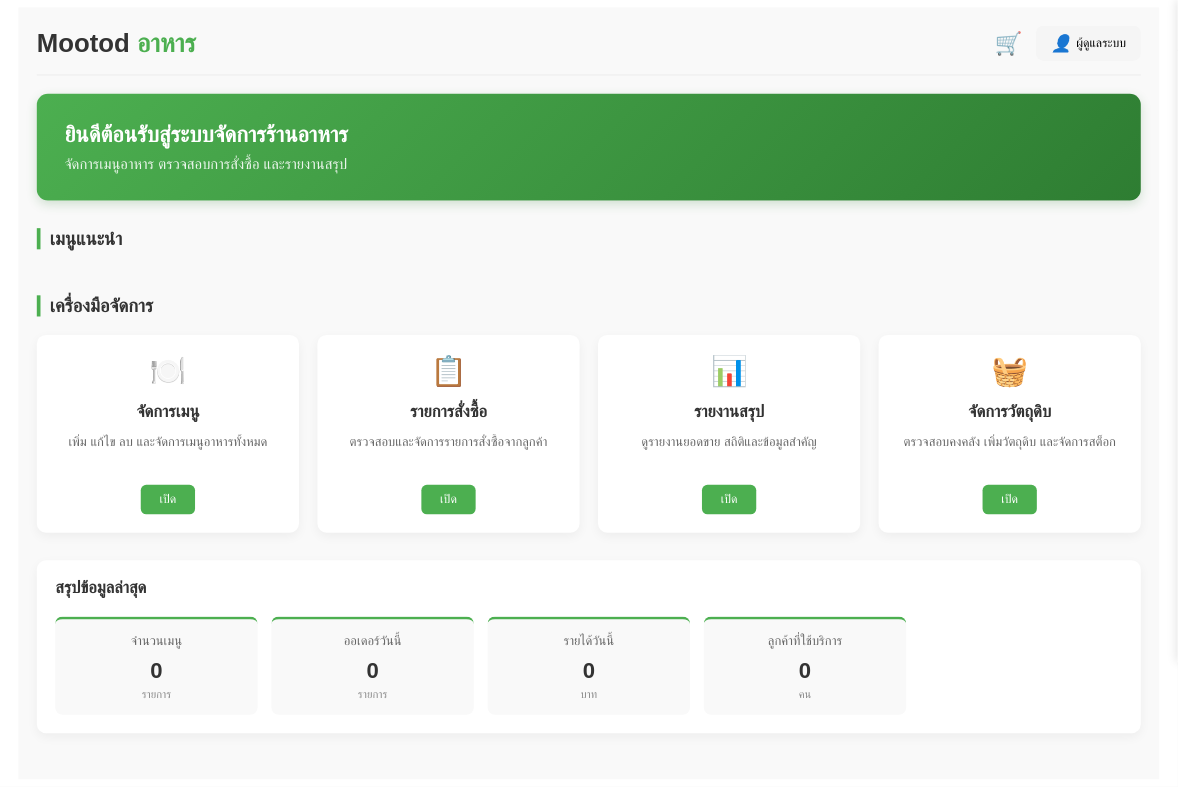
Repository: KwaunchaiJankaikot/mootod
Page: / (app in frontend/)
The author's editor kept a copy of each file at every save. The page is drawn from the files as they stood at one save, then again after a run of saves.
The browser window is 1280 px wide. The pictures show the whole page, at 92% of full size.
The page's requests for data from a server got no answer. The project was rebuilt for these pictures with package versions that can differ from the ones it lists, and the page was loaded fresh each time. No one was signed in, and anything a server would have sent is missing. Also part of the build but not shown: frontend/vue.config.js, frontend/src/components/CheckoutPage.vue, frontend/src/components/AddMenu.vue, frontend/src/components/MenuList.vue, frontend/src/components/EditMenu.vue, frontend/src/components/InventoryPage.vue.

Above is the page before, as saved 2025-04-23 00:55:22.

### frontend/public/index.html
<!DOCTYPE html>
<html lang="">
  <head>
    <meta charset="utf-8">
    <meta http-equiv="X-UA-Compatible" content="IE=edge">
    <meta name="viewport" content="width=device-width,initial-scale=1.0">
    <link rel="icon" href="<%= BASE_URL %>favicon.ico">
    <title><%= htmlWebpackPlugin.options.title %></title>
    <link href="https://fonts.googleapis.com/icon?family=Material+Icons" rel="stylesheet">
    <link rel="stylesheet" href="https://fonts.googleapis.com/css2?family=Material+Symbols+Outlined:opsz,wght,FILL,GRAD@24,400,0,0" />
  </head>
  <body>
    <noscript>
      <strong>We're sorry but <%= htmlWebpackPlugin.options.title %> doesn't work properly without JavaScript enabled. Please enable it to continue.</strong>
    </noscript>
    <div id="app"></div>
    <!-- built files will be auto injected -->
  </body>
</html>

### frontend/src/main.js
import { createApp } from 'vue';
import App from './App.vue';
import router from './router';

const app = createApp(App);
app.use(router);  // ติดตั้ง Vue Router
app.mount('#app');

### frontend/src/App.vue
<template>
  <div id="app">
    <router-view></router-view>
  </div>
</template>

<script>
export default {
  name: 'App',
};
</script>

### frontend/src/router/index.js
import { createRouter, createWebHistory } from 'vue-router';
import HomePage from '../components/HomePage.vue';
import AddMenu from '../components/AddMenu.vue';
import MenuList from '../components/MenuList.vue';
import EditMenu from '../components/EditMenu.vue';
import InventoryPage from '../components/InventoryPage.vue';

const routes = [
  {
    path: '/',
    name: 'Home',
    component: HomePage
  },
  {
    path: '/add-menu',
    name: 'Menu',
    component: AddMenu
  },
  {
    path: '/menu-list',
    name: 'MenuList',
    component: MenuList
  },
  {
    path: '/edit-menu/:id',
    name: 'edit-menu',
    component: EditMenu,
    props: true,
  },

  {
    path: '/inventorypage',
    name: 'inventorypage',
    component: InventoryPage,
  },
];

const router = createRouter({
  history: createWebHistory(process.env.BASE_URL),
  routes
});

export default router;

### frontend/src/components/HomePage.vue
<template>
  <div class="home-container">
    <header class="header">
      <div class="logo">
        <img src="@/assets/logo.png" alt="Mootod Logo" v-if="false" />
        <h1>Mootod <span>อาหาร</span></h1>
      </div>
      <div class="right-menu">
        <div class="cart-icon" @click="toggleCart">
          <span>🛒</span>
          <span class="cart-badge" v-if="cartItems.length > 0">{{
            cartItems.length
          }}</span>
        </div>
        <button class="user-btn">
          <i class="user-icon">👤</i>
          <span>ผู้ดูแลระบบ</span>
        </button>
      </div>
    </header>

    <!-- ตะกร้าสินค้า -->
    <CartSidebar
      :cartItems="cartItems"
      :isCartOpen="isCartOpen"
      @close-cart="toggleCart"
      @remove-item="removeFromCart"
      @increase-quantity="increaseQuantity"
      @decrease-quantity="decreaseQuantity"
      @go-to-checkout="goToCheckout"
    />

    <!-- หน้าชำระเงิน -->
    <CheckoutPage
      v-if="isCheckoutModalOpen"
      :cartItems="cartItems"
      @close-checkout="closeCheckoutModal"
      @payment-success="handlePaymentSuccess"
    />

    <div class="welcome-banner">
      <div class="banner-content">
        <h2>ยินดีต้อนรับสู่ระบบจัดการร้านอาหาร</h2>
        <p>จัดการเมนูอาหาร ตรวจสอบการสั่งซื้อ และรายงานสรุป</p>
      </div>
    </div>

    <!-- แสดงรายการเมนู -->
    <h3 class="section-title">เมนูแนะนำ</h3>
    <div class="menu-cards">
      <div v-for="menu in menus" :key="menu.id" class="menu-card">
        <div class="card-image-container">
          <img :src="menu.image_url" alt="เมนูอาหาร" class="card-image" />
        </div>
        <div class="card-content">
          <h3>{{ menu.name }}</h3>
          <p>{{ menu.description }}</p>
          <div class="card-footer">
            <span class="price">{{ menu.price }} บาท</span>
            <button class="card-btn" @click="addToCart(menu)">สั่งอาหาร</button>
          </div>
        </div>
      </div>
    </div>

    <!-- ส่วนอื่นๆ ของหน้าจัดการ -->
    <h3 class="section-title">เครื่องมือจัดการ</h3>
    <div class="admin-cards">

      <div class="card" @click="goTo('menu')">
        <div class="card-icon">🍽️</div>
        <h3>จัดการเมนู</h3>
        <p>เพิ่ม แก้ไข ลบ และจัดการเมนูอาหารทั้งหมด</p>
        <button class="card-btn">เปิด</button>
      </div>

      <!-- <div class="card" @click="goTo('add-menu')">
        <div class="card-icon">➕</div>
        <h3>เพิ่มเมนูใหม่</h3>
        <p>เพิ่มเมนูอาหารใหม่เข้าสู่ระบบพร้อมรูปภาพ</p>
        <button class="card-btn">เปิด</button>
      </div> -->

      <div class="card" @click="goTo('orders')">
        <div class="card-icon">📋</div>
        <h3>รายการสั่งซื้อ</h3>
        <p>ตรวจสอบและจัดการรายการสั่งซื้อจากลูกค้า</p>
        <button class="card-btn">เปิด</button>
      </div>

      <div class="card" @click="goTo('reports')">
        <div class="card-icon">📊</div>
        <h3>รายงานสรุป</h3>
        <p>ดูรายงานยอดขาย สถิติและข้อมูลสำคัญ</p>
        <button class="card-btn">เปิด</button>
      </div>

      <div class="card" @click="goTo('inventorypage')">
        <div class="card-icon">🧺</div>
        <h3>จัดการวัตถุดิบ</h3>
        <p>ตรวจสอบคงคลัง เพิ่มวัตถุดิบ และจัดการสต็อก</p>
        <button class="card-btn">เปิด</button>
      </div>
    </div>

    <div class="quick-stats">
      <h3>สรุปข้อมูลล่าสุด</h3>
      <div class="stats-grid">
        <div class="stat-card">
          <h4>จำนวนเมนู</h4>
          <div class="stat-value">{{ totalMenus || menus.length }}</div>
          <div class="stat-label">รายการ</div>
        </div>

        <div class="stat-card">
          <h4>ออเดอร์วันนี้</h4>
          <div class="stat-value">0</div>
          <div class="stat-label">รายการ</div>
        </div>

        <div class="stat-card">
          <h4>รายได้วันนี้</h4>
          <div class="stat-value">0</div>
          <div class="stat-label">บาท</div>
        </div>

        <div class="stat-card">
          <h4>ลูกค้าที่ใช้บริการ</h4>
          <div class="stat-value">0</div>
          <div class="stat-label">คน</div>
        </div>
      </div>
    </div>
  </div>
</template>

<script>
import axios from "axios";
import CartSidebar from "@/components/CartSidebar.vue";
import CheckoutPage from "@/components/CheckoutPage.vue";

export default {
  name: "HomePage",
  components: {
    CartSidebar,
    CheckoutPage
  },
  data() {
    return {
      menus: [],
      totalMenus: 0,
      cartItems: [],
      isCartOpen: false,
      isCheckoutModalOpen: false,
    };
  },
  mounted() {
    this.fetchMenus();
    // โหลดข้อมูลตะกร้าจาก localStorage (ถ้ามี)
    const savedCart = localStorage.getItem("cart");
    if (savedCart) {
      this.cartItems = JSON.parse(savedCart);
    }
  },
  methods: {
    goTo(route) {
      switch (route) {
        case "menu":
          this.$router.push("/menu-list");
          break;
        case "add-menu":
          this.$router.push("/add-menu");
          break;
        case "orders":
          this.$router.push("/orders");
          break;
        case "reports":
          this.$router.push("/reports");
          break;
         case "inventorypage":
          this.$router.push("/inventorypage");
          break;
        default:
          this.$router.push("/");
      }
    },
    fetchMenus() {
      axios
        .get("http://localhost:5000/menus") // เปลี่ยนเป็น URL ของ API ที่คุณใช้
        .then((response) => {
          this.menus = response.data; // บันทึกข้อมูลเมนูใน state
          this.totalMenus = this.menus.length;
        })
        .catch((error) => {
          console.error("เกิดข้อผิดพลาดในการดึงข้อมูลเมนู:", error);
          this.totalMenus = this.menus.length;
        });
    },
    // ฟังก์ชันเกี่ยวกับตะกร้าสินค้า
    addToCart(menu) {
      // ตรวจสอบว่ามีรายการนี้ในตะกร้าหรือไม่
      const existingItem = this.cartItems.find((item) => item.id === menu.id);

      if (existingItem) {
        // ถ้ามีอยู่แล้ว เพิ่มจำนวน
        existingItem.quantity += 1;
      } else {
        // ถ้ายังไม่มี เพิ่มรายการใหม่พร้อมจำนวน = 1
        this.cartItems.push({
          ...menu,
          quantity: 1,
        });
      }

      // บันทึกลง localStorage
      this.saveCart();

      // เปิดตะกร้าสินค้า
      this.isCartOpen = true;
    },
    toggleCart() {
      this.isCartOpen = !this.isCartOpen;
    },
    removeFromCart(index) {
      this.cartItems.splice(index, 1);
      this.saveCart();
    },
    increaseQuantity(index) {
      this.cartItems[index].quantity += 1;
      this.saveCart();
    },
    decreaseQuantity(index) {
      if (this.cartItems[index].quantity > 1) {
        this.cartItems[index].quantity -= 1;
      } else {
        // ถ้าเหลือแค่ 1 ชิ้น แล้วกดลด ให้ลบรายการออกจากตะกร้า
        this.removeFromCart(index);
      }
      this.saveCart();
    },
    saveCart() {
      localStorage.setItem("cart", JSON.stringify(this.cartItems));
    },
    // ฟังก์ชันเกี่ยวกับการชำระเงิน
    goToCheckout() {
      this.isCheckoutModalOpen = true;
      this.isCartOpen = false; // ปิดตะกร้าเมื่อไปที่หน้าชำระเงิน
    },
    closeCheckoutModal() {
      this.isCheckoutModalOpen = false;
    },
    handlePaymentSuccess() {
      // ล้างตะกร้า
      this.cartItems = [];
      this.saveCart();
      // ปิดหน้าชำระเงิน (จะถูกจัดการโดย CheckoutPage component แล้ว)
    },
  },
};
</script>

<style scoped>
.home-container {
  max-width: 1200px;
  margin: 0 auto;
  padding: 20px;
  font-family: "Prompt", "Kanit", sans-serif;
  background-color: #f9f9f9;
  position: relative;
}

/* Header */
.header {
  display: flex;
  justify-content: space-between;
  align-items: center;
  margin-bottom: 20px;
  padding-bottom: 15px;
  border-bottom: 1px solid #eaeaea;
}

.logo {
  display: flex;
  align-items: center;
}

.logo h1 {
  font-size: 28px;
  font-weight: 700;
  color: #333;
  margin: 0;
}

.logo span {
  color: #4caf50;
}

.logo img {
  height: 40px;
  margin-right: 10px;
}

.right-menu {
  display: flex;
  align-items: center;
  gap: 15px;
}

.cart-icon {
  position: relative;
  cursor: pointer;
  font-size: 24px;
}

.cart-badge {
  position: absolute;
  top: -8px;
  right: -8px;
  background-color: #f44336;
  color: white;
  border-radius: 50%;
  width: 18px;
  height: 18px;
  font-size: 12px;
  display: flex;
  align-items: center;
  justify-content: center;
}

.user-btn {
  display: flex;
  align-items: center;
  background: #f5f5f5;
  border: none;
  border-radius: 8px;
  padding: 8px 16px;
  cursor: pointer;
  transition: background-color 0.2s;
}

.user-btn:hover {
  background: #eaeaea;
}

.user-icon {
  margin-right: 5px;
  font-size: 18px;
}

/* Welcome Banner */
.welcome-banner {
  background: linear-gradient(135deg, #4caf50 0%, #2e7d32 100%);
  border-radius: 12px;
  padding: 30px;
  margin-bottom: 30px;
  color: white;
  box-shadow: 0 4px 12px rgba(46, 125, 50, 0.2);
}

.banner-content h2 {
  font-size: 24px;
  margin: 0 0 10px 0;
  font-weight: 600;
}

.banner-content p {
  font-size: 16px;
  margin: 0;
  opacity: 0.9;
}

/* Section Titles */
.section-title {
  font-size: 20px;
  font-weight: 600;
  color: #333;
  margin-top: 30px;
  margin-bottom: 20px;
  border-left: 4px solid #4caf50;
  padding-left: 10px;
}

/* Menu Cards - แสดงเมนูอาหาร */
.menu-cards {
  display: grid;
  grid-template-columns: repeat(auto-fill, minmax(280px, 1fr));
  gap: 20px;
  margin-bottom: 30px;
}

.menu-card {
  background: white;
  border-radius: 10px;
  overflow: hidden;
  box-shadow: 0 4px 12px rgba(0, 0, 0, 0.05);
  transition: transform 0.3s ease, box-shadow 0.3s ease;
  cursor: pointer;
}

.menu-card:hover {
  transform: translateY(-5px);
  box-shadow: 0 8px 20px rgba(0, 0, 0, 0.1);
}

.card-image-container {
  width: 100%;
  height: 180px;
  overflow: hidden;
}

.card-image {
  width: 100%;
  height: 100%;
  object-fit: cover;
  transition: transform 0.3s ease;
}

.menu-card:hover .card-image {
  transform: scale(1.05);
}

.card-content {
  padding: 15px;
}

.card-content h3 {
  font-size: 18px;
  margin: 0 0 8px 0;
  color: #333;
}

.card-content p {
  font-size: 14px;
  color: #666;
  margin: 0 0 15px 0;
  height: 40px;
  overflow: hidden;
  display: -webkit-box;
  -webkit-line-clamp: 2;
  -webkit-box-orient: vertical;
}

.card-footer {
  display: flex;
  justify-content: space-between;
  align-items: center;
}

.price {
  font-weight: 600;
  color: #4caf50;
}

/* Admin Cards - การ์ดจัดการระบบ */
.admin-cards {
  display: grid;
  grid-template-columns: repeat(auto-fill, minmax(250px, 1fr));
  gap: 20px;
  margin-bottom: 30px;
}

.card {
  background: white;
  border-radius: 10px;
  padding: 20px;
  box-shadow: 0 4px 12px rgba(0, 0, 0, 0.05);
  text-align: center;
  transition: transform 0.3s ease, box-shadow 0.3s ease;
  cursor: pointer;
}

.card:hover {
  transform: translateY(-5px);
  box-shadow: 0 8px 20px rgba(0, 0, 0, 0.1);
}

.card-icon {
  font-size: 32px;
  margin-bottom: 15px;
}

.card h3 {
  font-size: 18px;
  margin: 0 0 10px 0;
  color: #333;
}

.card p {
  color: #666;
  font-size: 14px;
  margin-bottom: 15px;
  height: 40px;
  overflow: hidden;
  display: -webkit-box;
  -webkit-line-clamp: 2;
  -webkit-box-orient: vertical;
}

.card-btn {
  background-color: #4caf50;
  color: white;
  border: none;
  padding: 8px 20px;
  border-radius: 6px;
  cursor: pointer;
  font-weight: 500;
  transition: background-color 0.2s;
}

.card-btn:hover {
  background-color: #45a049;
}

/* Quick Stats */
.quick-stats {
  background: white;
  border-radius: 10px;
  padding: 20px;
  box-shadow: 0 4px 12px rgba(0, 0, 0, 0.05);
  margin-bottom: 30px;
}

.quick-stats h3 {
  margin-top: 0;
  margin-bottom: 20px;
  color: #333;
  font-size: 18px;
  font-weight: 600;
}

.stats-grid {
  display: grid;
  grid-template-columns: repeat(auto-fill, minmax(200px, 1fr));
  gap: 15px;
}

.stat-card {
  background: #f9f9f9;
  padding: 15px;
  border-radius: 8px;
  text-align: center;
  border-top: 3px solid #4caf50;
}

.stat-card h4 {
  font-size: 14px;
  font-weight: 500;
  color: #666;
  margin: 0 0 10px 0;
}

.stat-value {
  font-size: 24px;
  font-weight: 600;
  color: #333;
  margin-bottom: 5px;
}

.stat-label {
  font-size: 12px;
  color: #888;
}

/* Responsive */
@media (max-width: 768px) {
  .menu-cards,
  .admin-cards {
    grid-template-columns: repeat(auto-fill, minmax(220px, 1fr));
  }

  .welcome-banner {
    padding: 25px;
  }

  .banner-content h2 {
    font-size: 22px;
  }
}

@media (max-width: 480px) {
  .home-container {
    padding: 15px;
  }

  .header {
    flex-direction: column;
    align-items: flex-start;
  }

  .right-menu {
    margin-top: 15px;
    width: 100%;
    justify-content: space-between;
  }

  .menu-cards,
  .admin-cards {
    grid-template-columns: 1fr;
  }

  .welcome-banner {
    padding: 20px;
  }

  .stats-grid {
    grid-template-columns: 1fr 1fr;
  }

  .card-image-container {
    height: 160px;
  }
}
</style>

### frontend/src/components/CartSidebar.vue
<template>
  <div class="cart-sidebar" :class="{ 'cart-active': isCartOpen }">
    <div class="cart-header">
      <h3>ตะกร้าสินค้า</h3>
      <button class="close-btn" @click="closeCart">✕</button>
    </div>

    <div v-if="cartItems.length === 0" class="empty-cart">
      <span>🛒</span>
      <p>ไม่มีรายการในตะกร้า</p>
    </div>

    <div v-else class="cart-items">
      <div v-for="(item, index) in cartItems" :key="index" class="cart-item">
        <div class="cart-item-img">
          <img :src="item.image_url" alt="เมนูอาหาร" />
        </div>
        <div class="cart-item-info">
          <h4>{{ item.name }}</h4>
          <div class="item-price">{{ item.price }} บาท</div>
        </div>
        <div class="cart-item-actions">
          <button class="qty-btn" @click="decreaseQuantity(index)">-</button>
          <span class="item-qty">{{ item.quantity }}</span>
          <button class="qty-btn" @click="increaseQuantity(index)">+</button>
          <button class="remove-btn" @click="removeFromCart(index)">
            ลบ
          </button>
        </div>
      </div>
    </div>

    <div class="cart-summary" v-if="cartItems.length > 0">
      <div class="summary-row">
        <span>ยอดรวม:</span>
        <span class="summary-price">{{ calculateTotal() }} บาท</span>
      </div>
      <button class="checkout-btn" @click="goToCheckout">ไปชำระเงิน</button>
    </div>
  </div>
</template>

<script>
export default {
  name: "CartSidebar",
  props: {
    cartItems: {
      type: Array,
      required: true
    },
    isCartOpen: {
      type: Boolean,
      default: false
    }
  },
  methods: {
    closeCart() {
      this.$emit('close-cart');
    },
    removeFromCart(index) {
      this.$emit('remove-item', index);
    },
    increaseQuantity(index) {
      this.$emit('increase-quantity', index);
    },
    decreaseQuantity(index) {
      this.$emit('decrease-quantity', index);
    },
    calculateTotal() {
      return this.cartItems.reduce((total, item) => {
        return total + (item.price * item.quantity);
      }, 0);
    },
    goToCheckout() {
      this.$emit('go-to-checkout');
    }
  }
};
</script>

<style scoped>
/* Cart Sidebar */
.cart-sidebar {
  position: fixed;
  top: 0;
  right: -350px;
  width: 350px;
  height: 100vh;
  background-color: white;
  box-shadow: -2px 0 10px rgba(0, 0, 0, 0.1);
  z-index: 1000;
  transition: right 0.3s ease;
  display: flex;
  flex-direction: column;
}

.cart-active {
  right: 0;
}

.cart-header {
  display: flex;
  justify-content: space-between;
  align-items: center;
  padding: 15px 20px;
  border-bottom: 1px solid #eaeaea;
}

.cart-header h3 {
  margin: 0;
  font-size: 18px;
}

.close-btn {
  background: none;
  border: none;
  font-size: 18px;
  cursor: pointer;
  color: #777;
}

.empty-cart {
  display: flex;
  flex-direction: column;
  align-items: center;
  justify-content: center;
  padding: 50px 20px;
  color: #777;
}

.empty-cart span {
  font-size: 48px;
  margin-bottom: 15px;
  opacity: 0.5;
}

.cart-items {
  flex: 1;
  overflow-y: auto;
  padding: 15px;
}

.cart-item {
  display: flex;
  padding: 10px 0;
  border-bottom: 1px solid #eaeaea;
  margin-bottom: 10px;
}

.cart-item-img {
  width: 60px;
  height: 60px;
  overflow: hidden;
  border-radius: 6px;
  margin-right: 10px;
}

.cart-item-img img {
  width: 100%;
  height: 100%;
  object-fit: cover;
}

.cart-item-info {
  flex: 1;
}

.cart-item-info h4 {
  margin: 0 0 5px 0;
  font-size: 16px;
}

.item-price {
  color: #4caf50;
  font-weight: 500;
}

.cart-item-actions {
  display: flex;
  align-items: center;
  gap: 5px;
}

.qty-btn {
  width: 24px;
  height: 24px;
  border: 1px solid #ddd;
  background: white;
  border-radius: 4px;
  display: flex;
  align-items: center;
  justify-content: center;
  cursor: pointer;
}

.item-qty {
  width: 20px;
  text-align: center;
}

.remove-btn {
  background: #f44336;
  color: white;
  border: none;
  border-radius: 4px;
  padding: 3px 8px;
  font-size: 12px;
  cursor: pointer;
  margin-left: 5px;
}

.cart-summary {
  padding: 15px;
  border-top: 1px solid #eaeaea;
  background-color: #f9f9f9;
}

.summary-row {
  display: flex;
  justify-content: space-between;
  margin-bottom: 15px;
  font-weight: 500;
}

.summary-price {
  color: #4caf50;
  font-size: 18px;
  font-weight: 600;
}

.checkout-btn {
  width: 100%;
  padding: 12px;
  background-color: #4caf50;
  color: white;
  border: none;
  border-radius: 6px;
  font-weight: 500;
  cursor: pointer;
  transition: background-color 0.2s;
}

.checkout-btn:hover {
  background-color: #45a049;
}

@media (max-width: 768px) {
  .cart-sidebar {
    width: 300px;
  }
}

@media (max-width: 480px) {
  .cart-sidebar {
    width: 85%;
  }
}
</style>

After the next 4 saves:
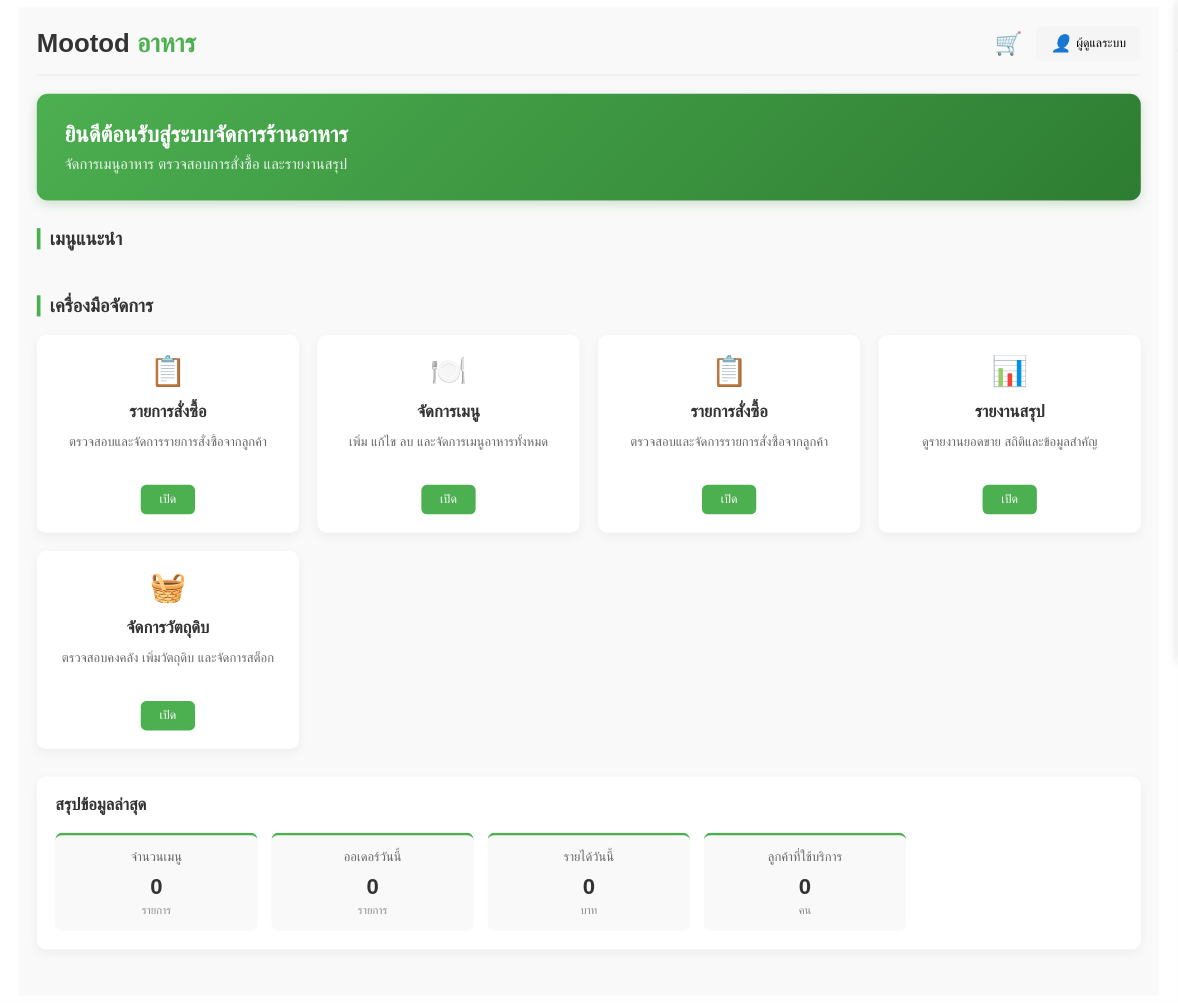
The 4 saves are shown as one change because they came seconds apart.
The last was saved 68 s later.
--- a/frontend/src/components/HomePage.vue
+++ b/frontend/src/components/HomePage.vue
@@ -67,6 +67,13 @@
     <h3 class="section-title">เครื่องมือจัดการ</h3>
     <div class="admin-cards">
 
+      <div class="card" @click="goTo('orders')">
+        <div class="card-icon">📋</div>
+        <h3>รายการสั่งซื้อ</h3>
+        <p>ตรวจสอบและจัดการรายการสั่งซื้อจากลูกค้า</p>
+        <button class="card-btn">เปิด</button>
+      </div>
+
       <div class="card" @click="goTo('menu')">
         <div class="card-icon">🍽️</div>
         <h3>จัดการเมนู</h3>
@@ -143,7 +150,7 @@ export default {
   name: "HomePage",
   components: {
     CartSidebar,
-    CheckoutPage
+    CheckoutPage,
   },
   data() {
     return {
@@ -177,7 +184,7 @@ export default {
         case "reports":
           this.$router.push("/reports");
           break;
-         case "inventorypage":
+        case "inventorypage":
           this.$router.push("/inventorypage");
           break;
         default:
